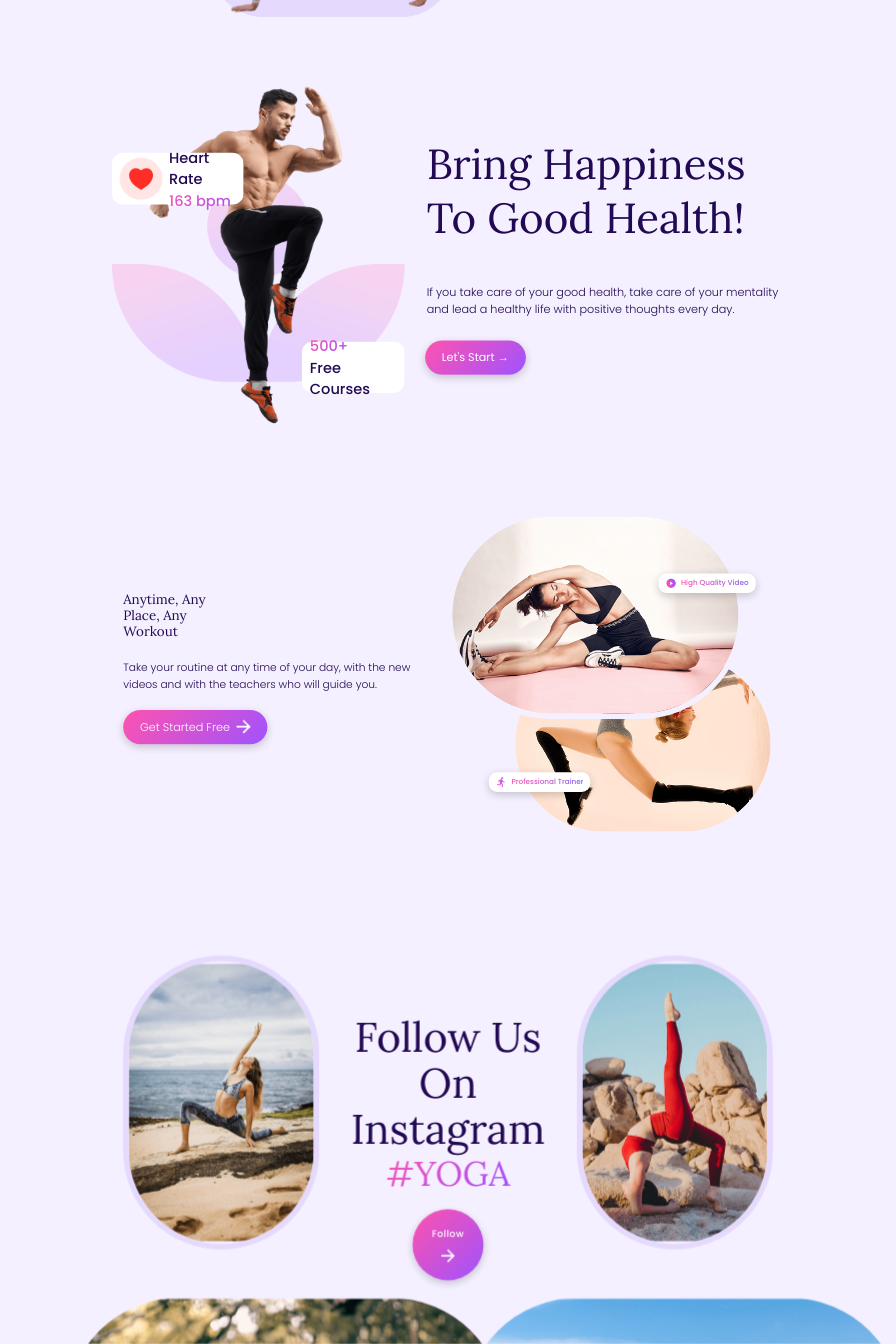
Repository: EunsuhJeon/responsive-yoga-website
Page: index.html
The author's editor kept a copy of each file at every save. The page is drawn from the files as they stood at one save, then again after the next save.
The browser window is 1280 px wide. The pictures show the part of the page from y = 1065 to 2985 px (the page is 4204 px tall), at 70% of full size.

Above is the page before, as saved 2025-12-01 17:09:57.

### index.html
<!DOCTYPE html>
<html lang="en">
<head>
    <meta charset="UTF-8">
    <meta name="viewport" content="width=device-width, initial-scale=1.0">
    <title>Yoga website</title>
    <link rel="stylesheet" href="./main.css">
    <link rel="preconnect" href="https://fonts.googleapis.com">
    <link rel="preconnect" href="https://fonts.gstatic.com" crossorigin>
    <link href="https://fonts.googleapis.com/css2?family=Lora:ital,wght@0,400..700;1,400..700&display=swap" rel="stylesheet">
    <link rel="preconnect" href="https://fonts.googleapis.com">
    <link rel="preconnect" href="https://fonts.gstatic.com" crossorigin>
    <link href="https://fonts.googleapis.com/css2?family=Poppins:ital,wght@0,100;0,200;0,300;0,400;0,500;0,600;0,700;0,800;0,900;1,100;1,200;1,300;1,400;1,500;1,600;1,700;1,800;1,900&display=swap" rel="stylesheet">
</head>
<body>
    <header>
        <!-- logo - go to main page -->
        <a class="logo align-items-center" href="#">
            <img src="./assets/logos/logo.png" alt="logo">
        </a>
        <!-- global navigation -->
        <div class="nav-global-wrapper">
            <!-- toggle for controlling dark/light mode -->
            <input type="checkbox" id="theme-toggle" class="checkbox-toggle"/>
            <label for="theme-toggle" class="toggle-icons align-items-center">
                <img class="go-to-dark" src="./assets/icons/moon-icon.png" alt="dark mode toggle">
                <img class="go-to-light" src="./assets/icons/sun-icon.png" alt="light mode toggle">
            </label>
            <!-- toggle for opening global menu (mobile only) -->
            <input type="checkbox" id="menu-toggle" class="checkbox-toggle" checked="false"/>
            <label for="menu-toggle" class="menu-btn toggle-icons align-items-center">
                <img class="go-to-dark" src="./assets/icons/lgith-apps.png" alt="mobile light menu toggle">
                <img class="go-to-light" src="./assets/icons/dark-apps.png" alt="mobile dark menu toggle">
            </label>
            <nav class="nav-global">
                <!-- toggle for closing global menu (mobile only) -->
                <label for="menu-toggle" class="menu-close">✕</label>
                <ul class="nav-menu">
                    <li>
                        <a href="#">Home</a>
                        <!-- dropdown menu for each gloabal nav items -->
                        <ul class="dropdown">
                            <li><a href="#">Option1</a></li>
                            <li><a href="#">Option2</a></li>
                            <li><a href="#">Option3</a></li>
                            <li><a href="#">Option4</a></li>
                            <li><a href="#">Option5</a></li>
                        </ul>
                    </li>
                    <li>
                        <a href="#">Services1</a>
                        <ul class="dropdown">
                            <li><a href="#">Option1</a></li>
                            <li><a href="#">Option2</a></li>
                            <li><a href="#">Option3</a></li>
                            <li><a href="#">Option4</a></li>
                            <li><a href="#">Option5</a></li>
                        </ul>
                    </li>
                    <li>
                        <a href="#">Services2</a>
                        <ul class="dropdown">
                            <li><a href="#">Option1</a></li>
                            <li><a href="#">Option2</a></li>
                            <li><a href="#">Option3</a></li>
                            <li><a href="#">Option4</a></li>
                            <li><a href="#">Option5</a></li>
                        </ul>
                    </li>
                    <li>
                        <a href="#">Contact</a>
                        <ul class="dropdown">
                            <li><a href="#">Option1</a></li>
                            <li><a href="#">Option2</a></li>
                            <li><a href="#">Option3</a></li>
                            <li><a href="#">Option4</a></li>
                            <li><a href="#">Option5</a></li>
                        </ul>
                    </li>
                </ul>
            </nav>
        </div>
    </header>
    <main>
        <!-- Jade - start -->
        <!-- 1st section (hero) -->
        <section id="section-hero">
            <div class="hero-desc-wrapper">
                <div class="hero-desc-items">
                    <h1>Choose Your<br>Best <span class="hero-emphasis">Yoga</span><br>Teacher</h1>
                    <img class="hero-icon-home-star" src="./assets/icons/home-star.png" alt="home star">
                </div>
                <div class="hero-desc-items">
                    <img class="hero-icon-round-group" src="./assets/icons/round-group.png" alt="round group">
                    <p class="hero-desc-text poppins">Calm your mind and body with the best yoga teachers available, relax your day and stay positive.</p>
                </div>
                <a href="#" class="hero-btn btn poppins">Get Started Free &rarr;</a>
                <div class="hero-desc-stats">
                    <div>
                        <div class="hero-stats-num">300+</div>
                        <p class="hero-stats-desc poppins">Yoga Class</p>
                    </div>
                    <div>
                        <div class="hero-stats-num">40+</div>
                        <p class="hero-stats-desc poppins">Participants</p>
                    </div>
                </div>
            </div>
            <div class="hero-img-wrapper">
                <img src="./assets/images/banner-img.png" alt="banner yoga image">
            </div>
        </section>
        <!-- 2nd section (influencers) -->
        <section id="section-influencers">
            <div class="influencers-main-wrapper">
                <h2 class="h2-content">#01</h2>
                <div class="influencers-img-wrapper">
                    <div class="influencers-img-bg"></div>
                    <img src="./assets/images/yoga-item1.png" alt="find influencers">
                </div>
            </div>
            <div class="influencers-desc-wrapper">
                <img class="influencers-icon-list-star fade-slow" src="./assets/icons/liststar.png" alt="list star">
                <p class="p-content poppins">Get a list of specific influencers in your niche at your fingertips so you can focus on managing your status.</p>
            </div>
            <div class="influencers-link-wrapper">
                <img class="influencers-icon-list-ellipse" src="./assets/icons/list-ellipse.png" alt="list ellipse">
                <a class="poppins" href="#">Next &rarr;</a>
            </div>
        </section>
        <!-- 3rd section (wellness-cta) -->
        <section id="section-wellness-cta">
            <div class="wellness-img-wrapper">
                <div class="wellness-float-box heart-rate">
                    <img src="./assets/icons/heart-in-circle.png" alt="heart rate">
                    <div>
                        <h3 class="wellness-float-title poppins">Heart Rate</h3>
                        <p class="wellness-float-content poppins">163 bpm</p>
                    </div>
                </div>
                <div class="wellness-float-box courses-count">
                    <p class="wellness-float-content poppins">500+</p>
                    <h2 class="wellness-float-title poppins">Free Courses</h2>
                </div>
                <img src="./assets/images/health-fitness.png" alt="health fitness">
            </div>
            <div class="wellness-desc-wrapper">
                <h2 class="h2-content">Bring Happiness To Good Health!</h2>
                <p class="p-content poppins">If you take care of your good health, take care of your mentality and lead a healthy life with positive thoughts every day.</p>
                <a href="#" class="wellness-btn btn poppins">Let's Start &rarr;</a>
            </div>
        </section>
        <!-- Jade - end -->


        <!-- Andrea - start -->
        <section class="section-4-place">
            <div class="section-4-place-content">
                <h1 class="section-4-title">
                    Anytime, Any<br>
                    Place, Any<br>
                    Workout
                </h1>
                <p class="section-4-text">
                    Take your routine at any time of your day, with the new
                    videos and with the teachers who will guide you.
                </p>
                <button class="btn btn-primary">
                    Get Started Free
                    <img
                        class="btn-icon"
                        src="./assets/icons/p2-s1-button-pink-Arrow.png"
                        alt="Arrow icon">
                </button>
            </div>

            <div class="section-4-place-media">
                <div class="section-4-place-images">
                    <img
                        class="section-4-place-img section-4-place-img-top"
                        src="./assets/images/b2-s1-routine-yoga-1.png"
                        alt="Yoga routine 1">
                    <img
                        class="section-4-place-img section-4-place-img-bottom"
                        src="./assets/images/b2-s1-routine-yoga-2.png"
                        alt="Yoga routine 2">
                </div>

                <button class="pill-btn pill-btn-top">
                    <img
                        class="pill-icon"
                        src="./assets/icons/p2-s1-button-white-ri_play.svg"
                        alt="Play icon">
                        <span class="pill-gradient-text">High Quality Video</span>
                </button>

                <button class="pill-btn pill-btn-bottom">
                    <img
                        class="pill-icon"
                        src="./assets/icons/p2-s1-button-white-person.svg"
                        alt="Person icon">
                        <span class="pill-gradient-text">Professional Trainer</span>
                </button>
            </div>
        </section>

        <!-- Seccion 5 - Follow -->
        <section class="seccion-5-follow">

        <!-- fila superior -->
        <div class="seccion-5-top">
            <img
            class="seccion-5-img seccion-5-img-tl"
            src="./assets/images/b2-s2-follow-yoga-1.png"
            alt="Yoga pose top-left">

            <div class="seccion-5-text">
            <h2 class="seccion-5-title">
                Follow Us On<br>Instagram
            </h2>
            <p class="seccion-5-hashtag">
                <span class="gradient-text">#YOGA</span>
            </p>

            <button class="btn btn-circle follow-btn">
                <span>Follow</span>
                <img
                class="btn-icon"
                src="./assets/icons/p2-s1-button-pink-Arrow.png"
                alt="Arrow icon">
            </button>
            </div>

            <img
            class="seccion-5-img seccion-5-img-tr"
            src="./assets/images/b2-s2-follow-yoga-2.png"
            alt="Yoga pose top-right">
        </div>



        <!-- fila inferior -->
        <div class="seccion-5-bottom">

            <img
            class="seccion-5-img seccion-5-img-bl"
            src="./assets/images/b2-s2-follow-yoga-3.png"
            alt="Yoga pose bottom-left">

            <img
            class="seccion-5-img seccion-5-img-br"
            src="./assets/images/b2-s2-follow-yoga-4.png"
            alt="Yoga pose bottom-right">
        </div>
        </section>

        <!-- Seccion 6 - Newsletter -->
        <section class="seccion-6-newsletter">

        <div class="newsletter-box">

            <h2 class="newsletter-title">Join our newsletter</h2>

            <p class="newsletter-subtitle">
            Subscribe to our newsletter to be aware of many things on discounts, gifts,
            training and much more. Just enter your email.
            </p>

            <div class="newsletter-form">
            <div class="newsletter-input-wrapper">

                <input
                type="email"
                class="newsletter-input"
                placeholder="For latest update send mail">

                <button class="btn newsletter-btn">
                Subscribe
                <img
                    class="btn-icon"
                    src="./assets/icons/p2-s1-button-pink-Arrow.png"
                    alt="Arrow icon">
                </button>

            </div>
            </div>

        </div>

        </section>
    </main>
    <!---------------------------------- Footer ------------------------------------>
    <footer class="site-footer">

    <div class="footer-inner">

        <!-- Columna 1: Logo + texto -->
        <div class="footer-col footer-brand">
        <img
            src="./assets/logos/logo.png"
            alt="Yoga logo"
            class="footer-logo">

        <p class="footer-description">
            Take care of your health and your mind with the best Yoga classes.
        </p>
        </div>

        <!-- Columna 2 -->
        <div class="footer-col">
        <h3 class="footer-heading">Address</h3>
        <p class="footer-text">
            12345 M/01 Sol<br>
            Avenue, Lima, Peru
        </p>
        </div>

        <!-- Columna 3 -->
        <div class="footer-col">
        <h3 class="footer-heading">Contact</h3>
        <p class="footer-text">
            +123 456 7890<br>
            yoga@email.com
        </p>
        </div>

        <!-- Columna 4 -->
        <div class="footer-col">
        <h3 class="footer-heading">Office</h3>
        <p class="footer-text">
            Monday - Saturday<br>
            9AM - 10PM
        </p>
        </div>

    </div>

    <!-- Línea divisoria -->
    <div class="footer-divider"></div>

    <!-- Redes sociales --><!-- Copyright -->
    <div class="footer-bottom-row">
    <div class="footer-social">
        <a href="#"><img src="./assets/icons/facebook-icon.png" alt="Facebook icon"></a>
        <a href="#"><img src="./assets/icons/instagram-icon.png" alt="Instagram icon"></a>
        <a href="#"><img src="./assets/icons/twitter-icon.png" alt="Twitter icon"></a>
        <a href="#"><img src="./assets/icons/youtube-icon.png" alt="YouTube icon"></a>
    </div>

    <p class="footer-copy">
        © Copyright Bedimcode. All rights reserved
    </p>
    </div>


    </footer>

    <!-- Andrea - end -->
</body>
</html>

Loaded but not shown: main.css (1697 lines, source omitted)

After the next save:
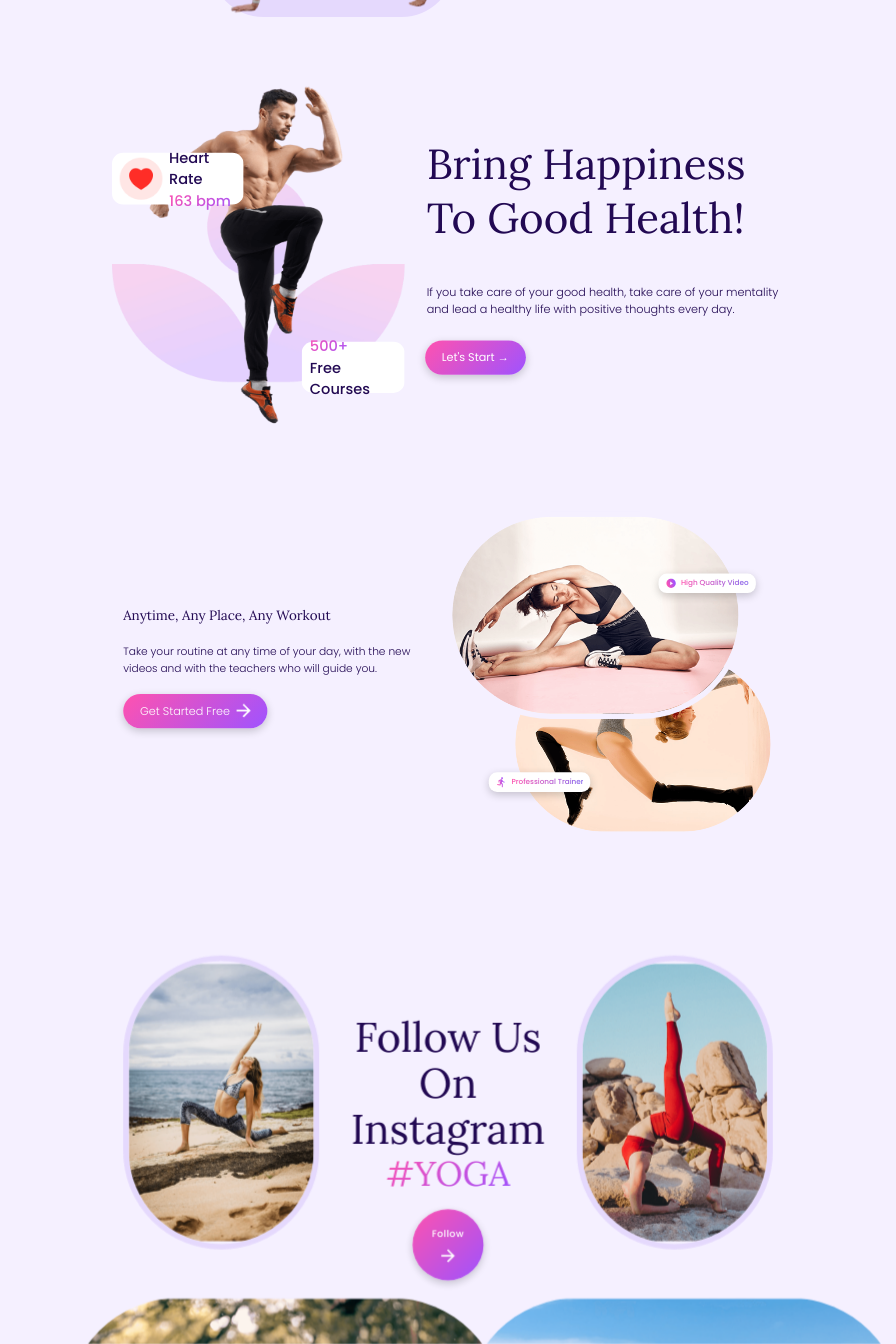
Saved 39 s later.
--- a/index.html
+++ b/index.html
@@ -157,8 +157,8 @@
         <section class="section-4-place">
             <div class="section-4-place-content">
                 <h1 class="section-4-title">
-                    Anytime, Any<br>
-                    Place, Any<br>
+                    Anytime, Any
+                    Place, Any
                     Workout
                 </h1>
                 <p class="section-4-text">
